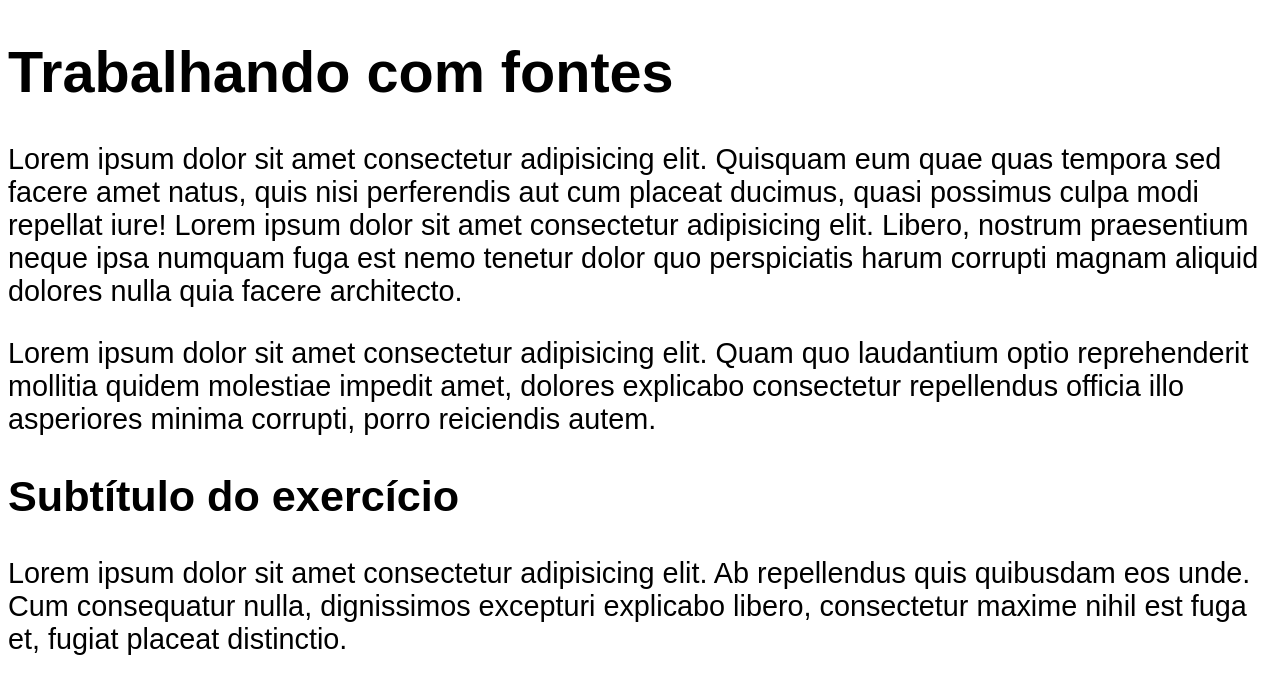
Repository: pheonix5/Estudo
Page: html-css/exercicios/ex017/fonte01.html
The author's editor kept a copy of each file at every save. The page is drawn from the files as they stood at one save, then again after the next save.
The browser window is 1280 px wide. The pictures show the whole page.

Above is the page before, as saved 2023-08-12 00:49:45.

### html-css/exercicios/ex017/fonte01.html
<!DOCTYPE html>
<html lang="pt-br">
<head>
  <meta charset="UTF-8">
  <meta name="viewport" content="width=device-width, initial-scale=1.0">
  <title>Fontes em css</title>
  <style>
    body{
      font-family: Arial, Helvetica, sans-serif;

      /*
        Medidicas Absolutas
        cm, mm, in, px, pt, pc

        Medidas Relativas
        em, ex, rem, vw, vh, %
      */
      font-size: 0.3in;
    }
  </style>
</head>
<body>
  <h1>Trabalhando com fontes</h1>
  <p>Lorem ipsum dolor sit amet consectetur adipisicing elit. Quisquam eum quae quas tempora sed facere amet natus, quis nisi perferendis aut cum placeat ducimus, quasi possimus culpa modi repellat iure! Lorem ipsum dolor sit amet consectetur adipisicing elit. Libero, nostrum praesentium neque ipsa numquam fuga est nemo tenetur dolor quo perspiciatis harum corrupti magnam aliquid dolores nulla quia facere architecto.</p>
  <p> Lorem ipsum dolor sit amet consectetur adipisicing elit. Quam quo laudantium optio reprehenderit mollitia quidem molestiae impedit amet, dolores explicabo consectetur repellendus officia illo asperiores minima corrupti, porro reiciendis autem.</p>

  <h2>Subtítulo do exercício</h2>
  <p>Lorem ipsum dolor sit amet consectetur adipisicing elit. Ab repellendus quis quibusdam eos unde. Cum consequatur nulla, dignissimos excepturi explicabo libero, consectetur maxime nihil est fuga et, fugiat placeat distinctio.</p>


</body>
</html>

After the next save:
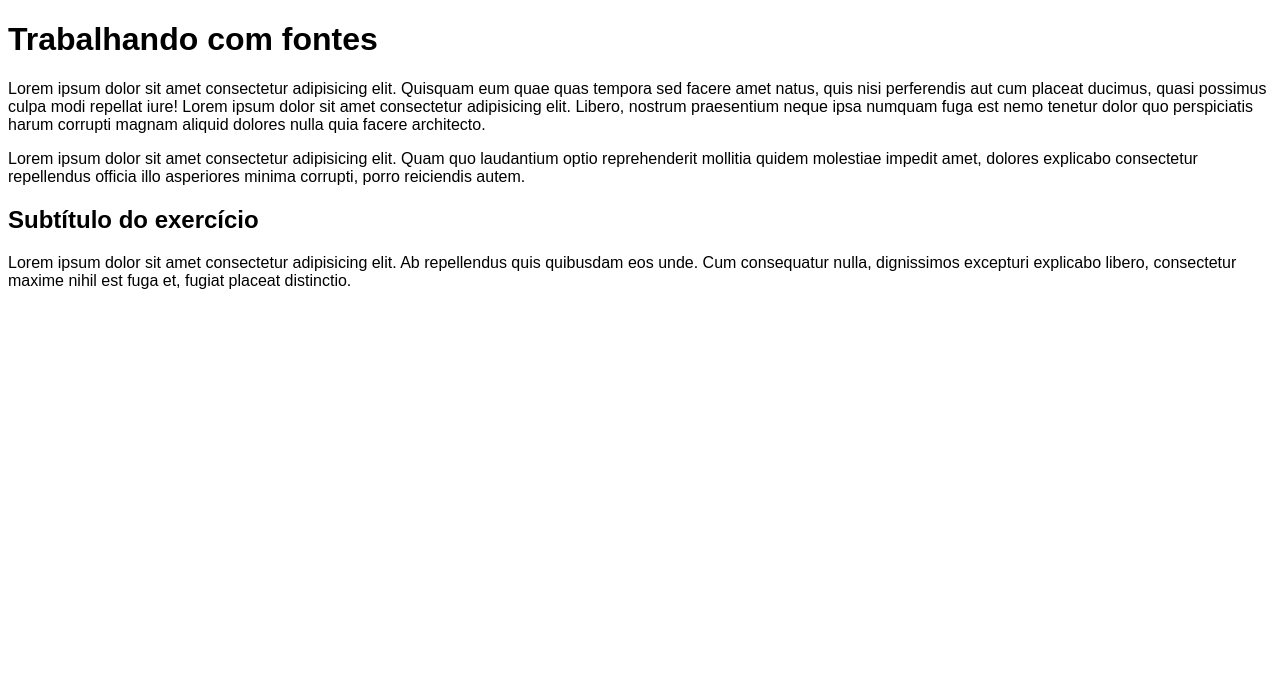
Saved 5 s later.
--- a/html-css/exercicios/ex017/fonte01.html
+++ b/html-css/exercicios/ex017/fonte01.html
@@ -15,7 +15,7 @@
         Medidas Relativas
         em, ex, rem, vw, vh, %
       */
-      font-size: 0.3in;
+      font-size: 16px;
     }
   </style>
 </head>
